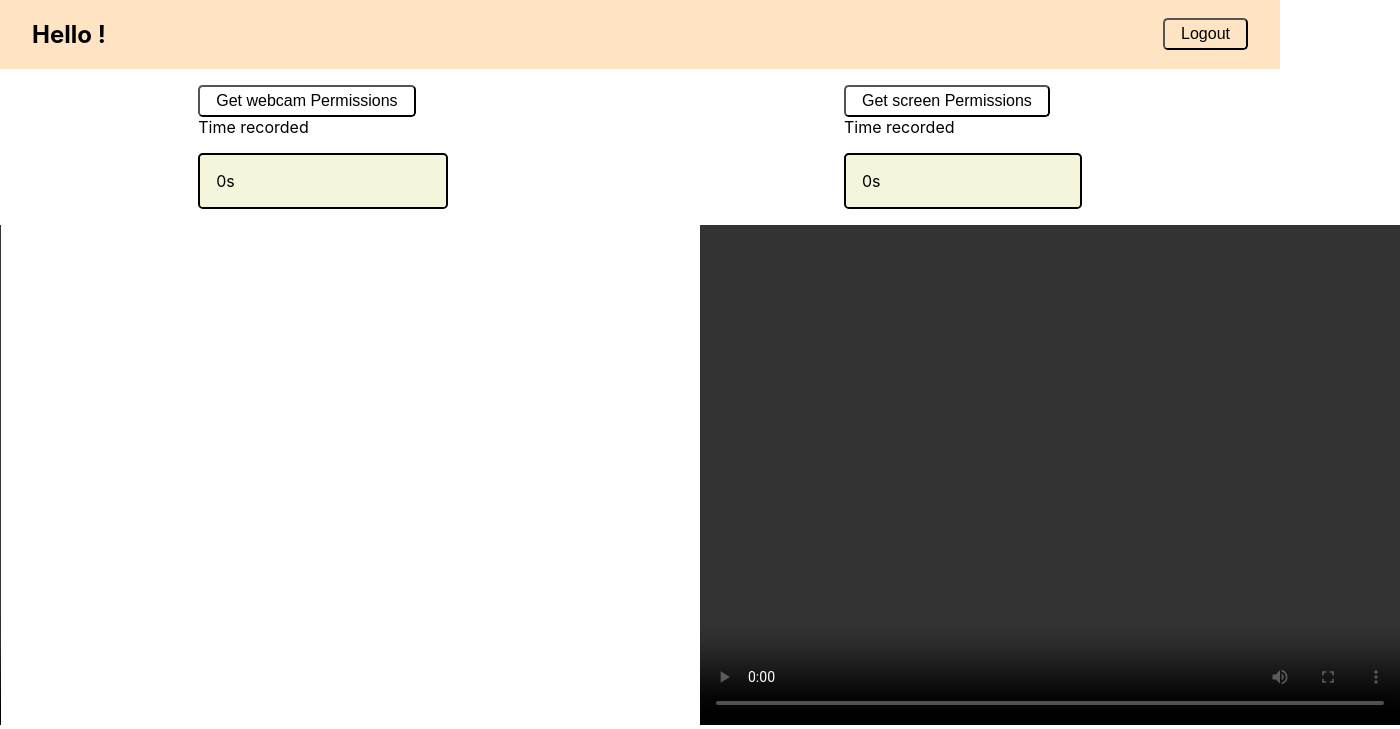
Repository: drumsmanku/test-1
Page: /recording (app in client/)
These files come from the project's save history. The page is drawn as it stood at one moment and after the next save; the edit follows.
The browser window is 1280 px wide. The page is 1400 px wide, so the pictures cover 1400 px, including what lies to the right of the window. The pictures show the whole page.
The project was rebuilt for these pictures with package versions that can differ from the ones it lists, and the page was loaded fresh each time. Also part of the build but not shown: client/src/App.css, client/src/Components/Login/Login.module.css, client/src/Components/Login/Login.js, client/src/Components/Register/Register.module.css, client/src/Components/Register/Register.js.

Above is the page before, as saved 2023-09-01 15:17:28.

After the next save:
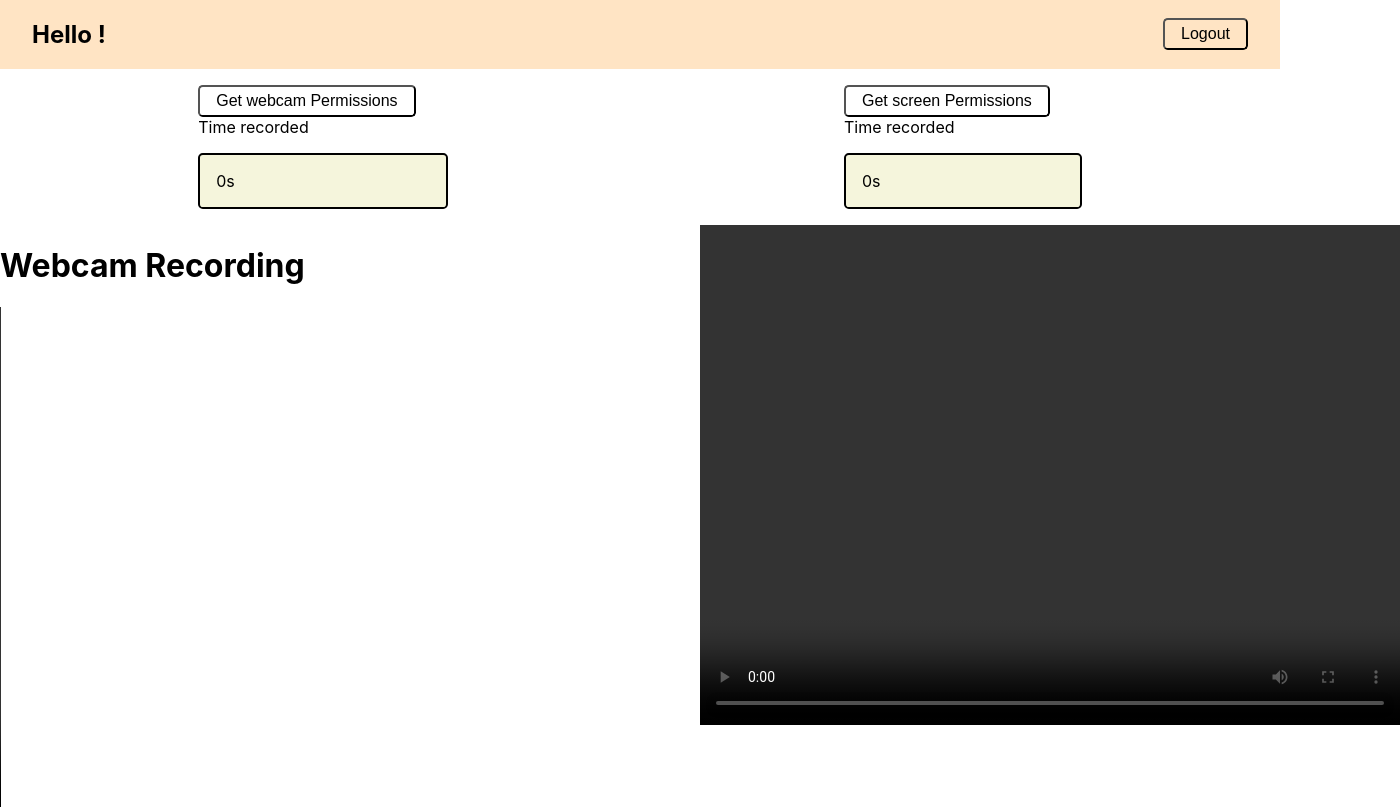
Saved 17 s later.
--- a/client/src/Components/Recording/Recording.js
+++ b/client/src/Components/Recording/Recording.js
@@ -171,6 +171,7 @@ const stopRecordingScreen = async () => {
       </div>
       <div style={{display:'flex', justifyContent:'space-around', width:'100%'}}>
         <span>
+          <h1>Webcam Recording</h1>
           <video height={500} width={700} id="videoPlayback" controls autoplay></video>
         </span>
         <video height={500} width={700} id="screenPlayback" controls autoplay></video>
